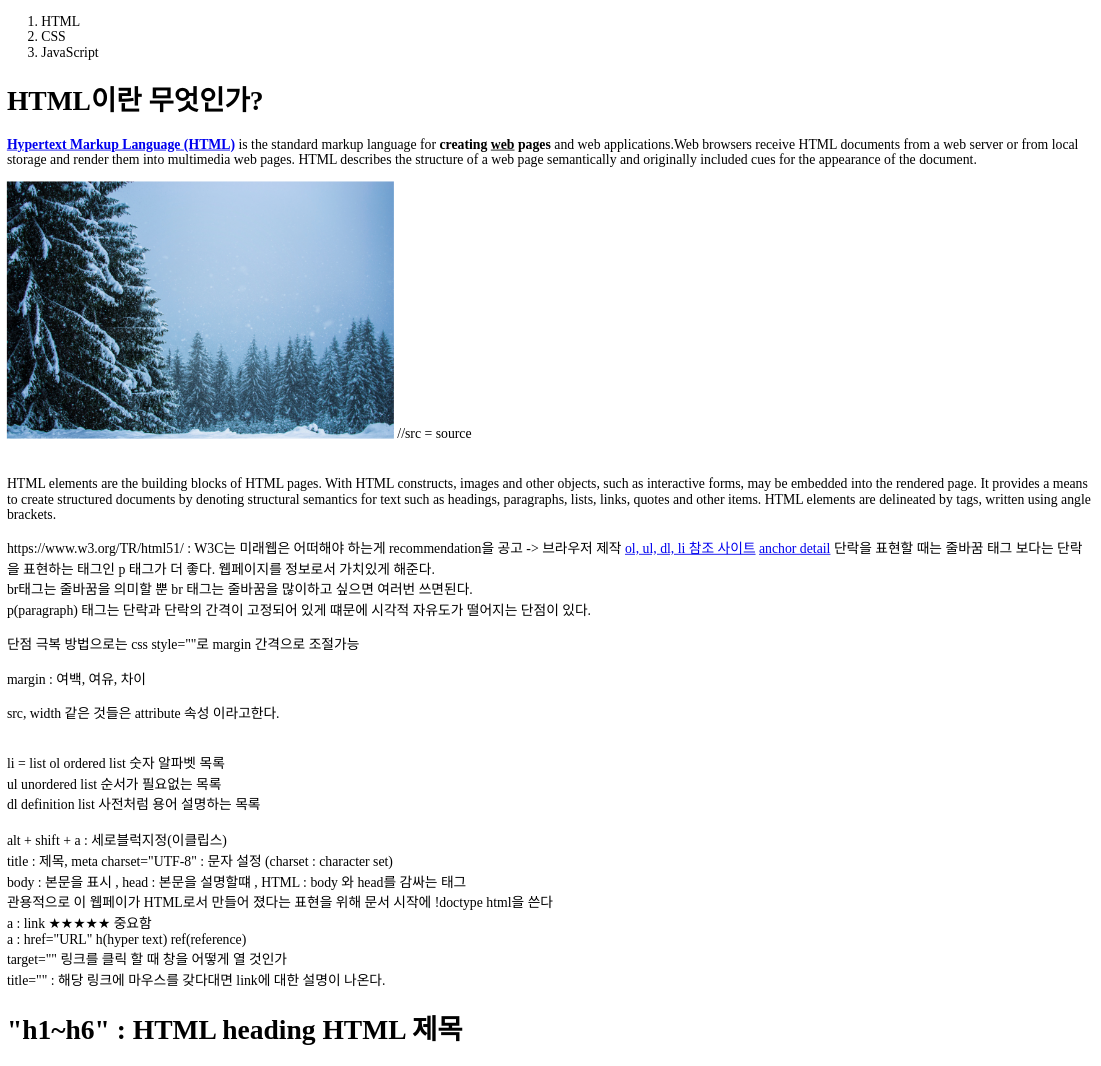
Repository: winterer4/Web-1
Page: HTML5/1.html
An editor plug-in stored every save of this project. The page is shown before and after the next save, followed by the edit.
The browser window is 1280 px wide. The pictures show the whole page, at 86% of full size.

Above is the page before, as saved 2018-10-29 06:46:41.

### HTML5/1.html
<!DOCTYPE html>
<html>
<head>
<meta charset="UTF-8">
<title>WEB 1  - HTML</title>
</head>
<body>
<ol>
	<li>HTML      </li>
	<li>CSS       </li>
	<li>JavaScript</li>
</ol>

	<h1>HTML이란 무엇인가?</h1>
	<p>
		<strong><a : href="https://www.w3.org/TR/html51/" target="_blank" title="html5 specificaiton">Hypertext Markup Language (HTML)</a></strong> is the standard markup language for <strong>creating
			<u>web</u> pages
		</strong> and web applications.Web browsers receive HTML documents from a web
		server or from local storage and render them into multimedia web
		pages. HTML describes the structure of a web page semantically and
		originally included cues for the appearance of the document.
	</p>
	<img src ="one.jpg" width="450">
	//src = source
	<p style="margin-top: 40px;">HTML elements are the building blocks
		of HTML pages. With HTML constructs, images and other objects, such as
		interactive forms, may be embedded into the rendered page. It provides
		a means to create structured documents by denoting structural
		semantics for text such as headings, paragraphs, lists, links, quotes
		and other items. HTML elements are delineated by tags, written using
		angle brackets.</p>



https://www.w3.org/TR/html51/ : W3C는 미래웹은 어떠해야 하는게 recommendation을 공고 -> 브라우저 제작


   <a : href="http://aboooks.tistory.com/87", target="_blank", title="설명">ol, ul, dl, li 참조 사이트</a>
   <a : href="http://aboooks.tistory.com/87", target="_blank", title="링크에 대한 설명">anchor detail</a>

	단락을 표현할 때는 줄바꿈 태그 보다는 단락을 표현하는 태그인 p 태그가 더 좋다. 웹페이지를 정보로서 가치있게 해준다.
	<br> br태그는 줄바꿈을 의미할 뿐 br 태그는 줄바꿈을 많이하고 싶으면 여러번 쓰면된다.
	<br> p(paragraph) 태그는 단락과 단락의 간격이 고정되어 있게 떄문에 시각적 자유도가 떨어지는 단점이 있다.
	<p> 단점 극복 방법으로는 css style=""로 margin 간격으로 조절가능</p>
	 margin : 여백, 여유, 차이
	 <p> src, width 같은 것들은 attribute 속성 이라고한다.</p>
	 <br>li = list
	 ol ordered list 숫자 알파벳 목록<br>
	 ul unordered list 순서가 필요없는 목록<br>
	 dl definition list 사전처럼 용어 설명하는 목록<br>
	  <br>alt + shift + a : 세로블럭지정(이클립스)
	  <br> title : 제목, meta charset="UTF-8" : 문자 설정 (charset : character set)
	  <br> body  : 본문을 표시 , head : 본문을 설명할떄 , HTML : body 와 head를 감싸는 태그
	  <br> 관용적으로 이 웹페이가 HTML로서 만들어 졌다는 표현을 위해 문서 시작에 !doctype html을 쓴다
	  <br> a : link ★★★★★   중요함
	  <br> a : href="URL" h(hyper text) ref(reference) <br> target="" 링크를 클릭 할 때 창을 어떻게 열 것인가 <br>
	  title="" : 해당 링크에 마우스를 갖다대면 link에 대한 설명이 나온다.

</body>

<h1>"h1~h6" : HTML heading HTML 제목</h1>




</html>

After the next save:
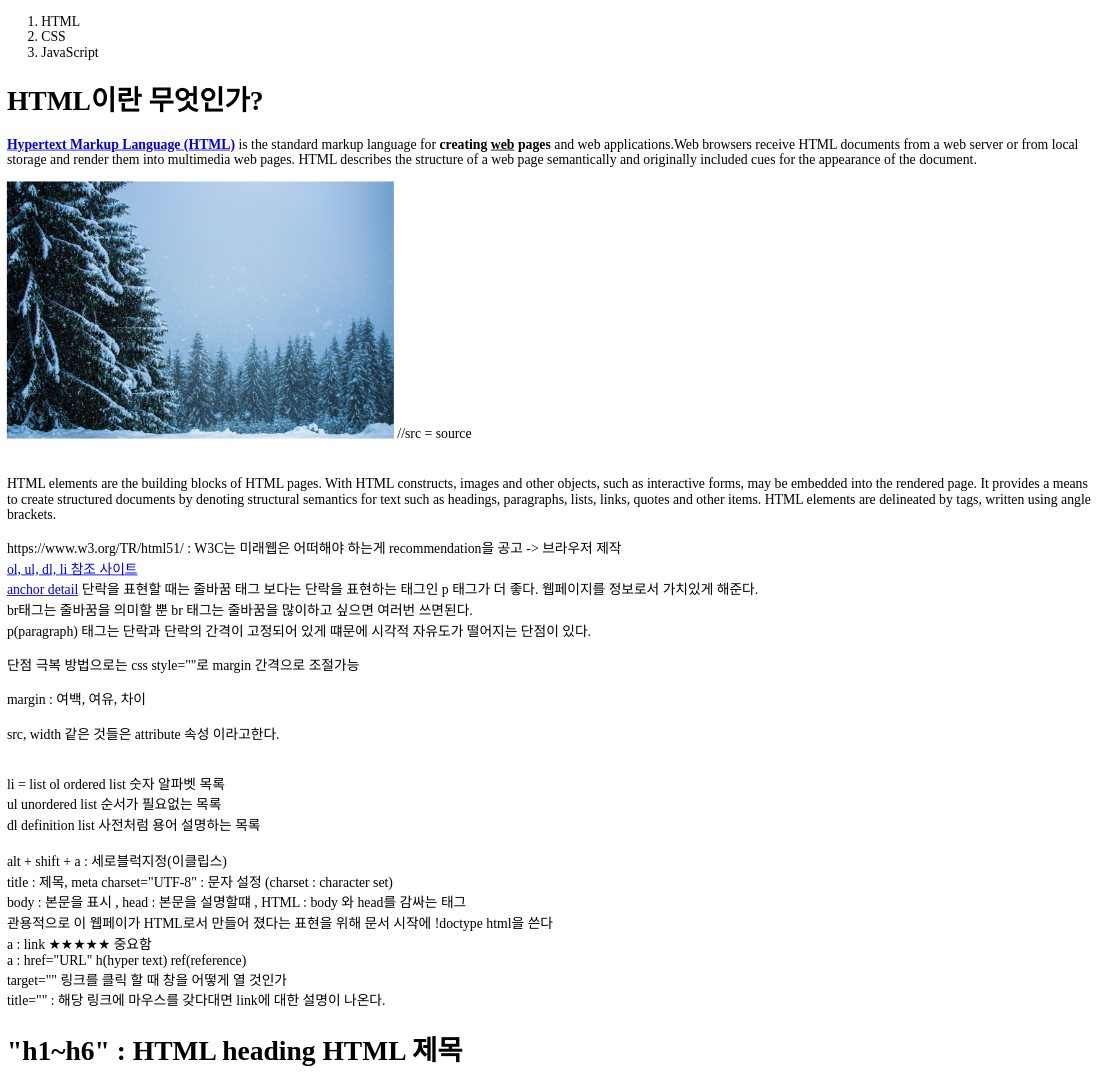
Saved 11 s later.
--- a/HTML5/1.html
+++ b/HTML5/1.html
@@ -35,8 +35,8 @@
 https://www.w3.org/TR/html51/ : W3C는 미래웹은 어떠해야 하는게 recommendation을 공고 -> 브라우저 제작
 
 
-   <a : href="http://aboooks.tistory.com/87", target="_blank", title="설명">ol, ul, dl, li 참조 사이트</a>
-   <a : href="http://aboooks.tistory.com/87", target="_blank", title="링크에 대한 설명">anchor detail</a>
+ <br>  <a : href="http://aboooks.tistory.com/87", target="_blank", title="설명">ol, ul, dl, li 참조 사이트</a>
+ <br>  <a : href="http://aboooks.tistory.com/87", target="_blank", title="링크에 대한 설명">anchor detail</a>
 
 	단락을 표현할 때는 줄바꿈 태그 보다는 단락을 표현하는 태그인 p 태그가 더 좋다. 웹페이지를 정보로서 가치있게 해준다.
 	<br> br태그는 줄바꿈을 의미할 뿐 br 태그는 줄바꿈을 많이하고 싶으면 여러번 쓰면된다.
